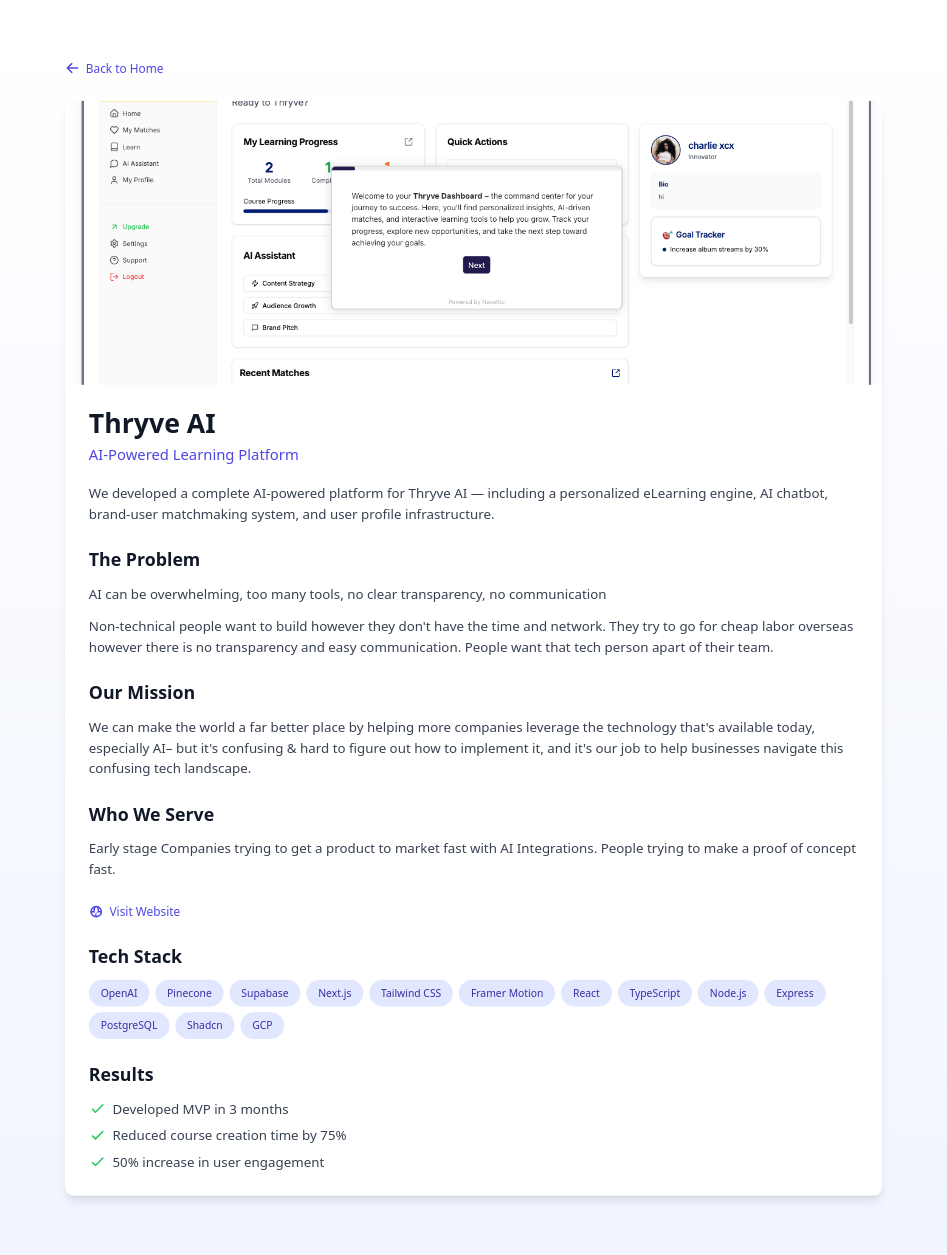
Repository: kayacancode/kayacancode-agency
Page: /case-study/thryve-ai
These files come from the project's save history. The page is drawn as it stood at one moment and after the next save; the edit follows.
The browser window is 1280 px wide. The pictures show the whole page, at 74% of full size.
The project was rebuilt for these pictures with package versions that can differ from the ones it lists, and the page was loaded fresh each time. The framework's server and built-in components were replaced by stand-ins that run in the browser. Also part of the build but not shown: next.config.js.

Above is the page before, as saved 2025-04-25 22:14:26.

After the next save:
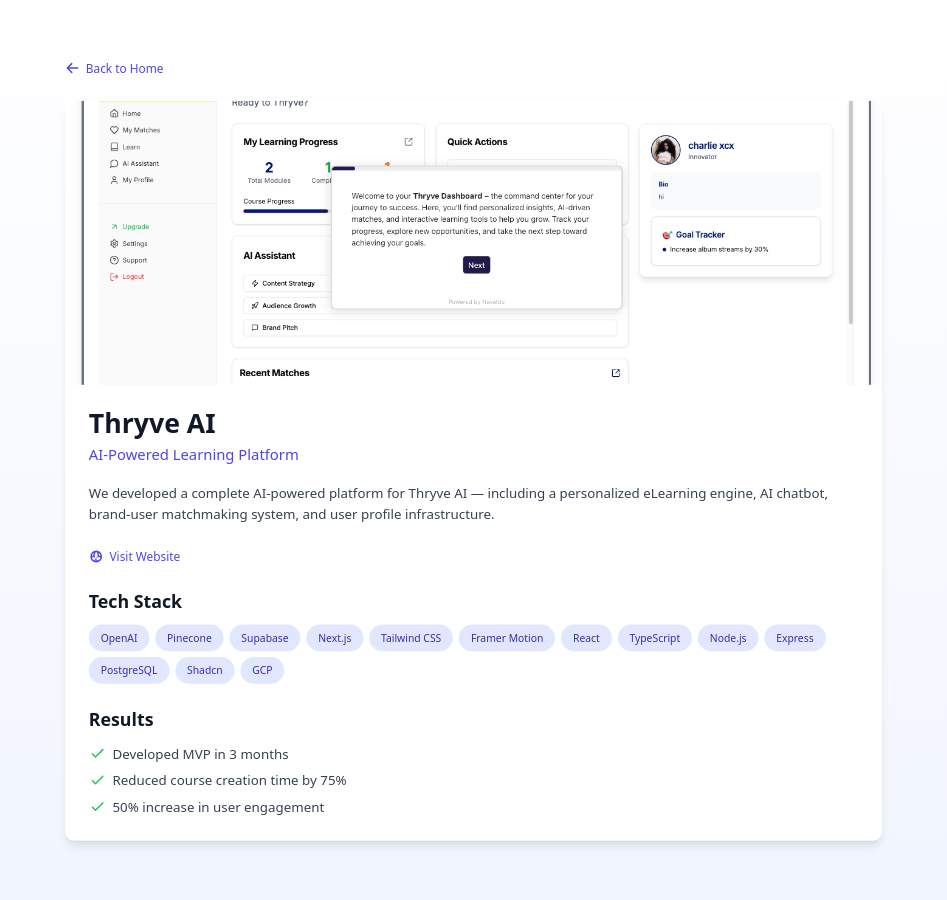
Saved 14 s later.
--- a/src/app/case-study/[id]/page.tsx
+++ b/src/app/case-study/[id]/page.tsx
@@ -19,9 +19,6 @@
     title: 'Thryve AI',
     subtitle: 'AI-Powered Learning Platform',
     description: 'We developed a complete AI-powered platform for Thryve AI — including a personalized eLearning engine, AI chatbot, brand-user matchmaking system, and user profile infrastructure.',
-    problem: 'AI can be overwhelming, too many tools, no clear transparency, no communication',
-    mission: 'We can make the world a far better place by helping more companies leverage the technology that\'s available today, especially AI– but it\'s confusing & hard to figure out how to implement it, and it\'s our job to help businesses navigate this confusing tech landscape.',
-    targetAudience: 'Early stage Companies trying to get a product to market fast with AI Integrations. People trying to make a proof of concept fast.',
     image: '/thryve.png',
     website: 'https://thryveai.ai',
     techStack: ['OpenAI', 'Pinecone', 'Supabase', 'Next.js', 'Tailwind CSS', 'Framer Motion', 'React', 'TypeScript', 'Node.js', 'Express', 'PostgreSQL', 'Shadcn', 'GCP'],
@@ -61,22 +58,6 @@
             <h1 className="text-4xl font-bold text-gray-900 mb-2">{caseStudy.title}</h1>
             <p className="text-xl text-indigo-600 mb-6">{caseStudy.subtitle}</p>
             <p className="text-lg text-gray-700 mb-8">{caseStudy.description}</p>
-
-            <div className="mb-8">
-              <h2 className="text-2xl font-semibold text-gray-900 mb-4">The Problem</h2>
-              <p className="text-lg text-gray-700 mb-4">{caseStudy.problem}</p>
-              <p className="text-lg text-gray-700">Non-technical people want to build however they don't have the time and network. They try to go for cheap labor overseas however there is no transparency and easy communication. People want that tech person apart of their team.</p>
-            </div>
-
-            <div className="mb-8">
-              <h2 className="text-2xl font-semibold text-gray-900 mb-4">Our Mission</h2>
-              <p className="text-lg text-gray-700">{caseStudy.mission}</p>
-            </div>
-
-            <div className="mb-8">
-              <h2 className="text-2xl font-semibold text-gray-900 mb-4">Who We Serve</h2>
-              <p className="text-lg text-gray-700">{caseStudy.targetAudience}</p>
-            </div>
 
             {caseStudy.website && (
               <a
